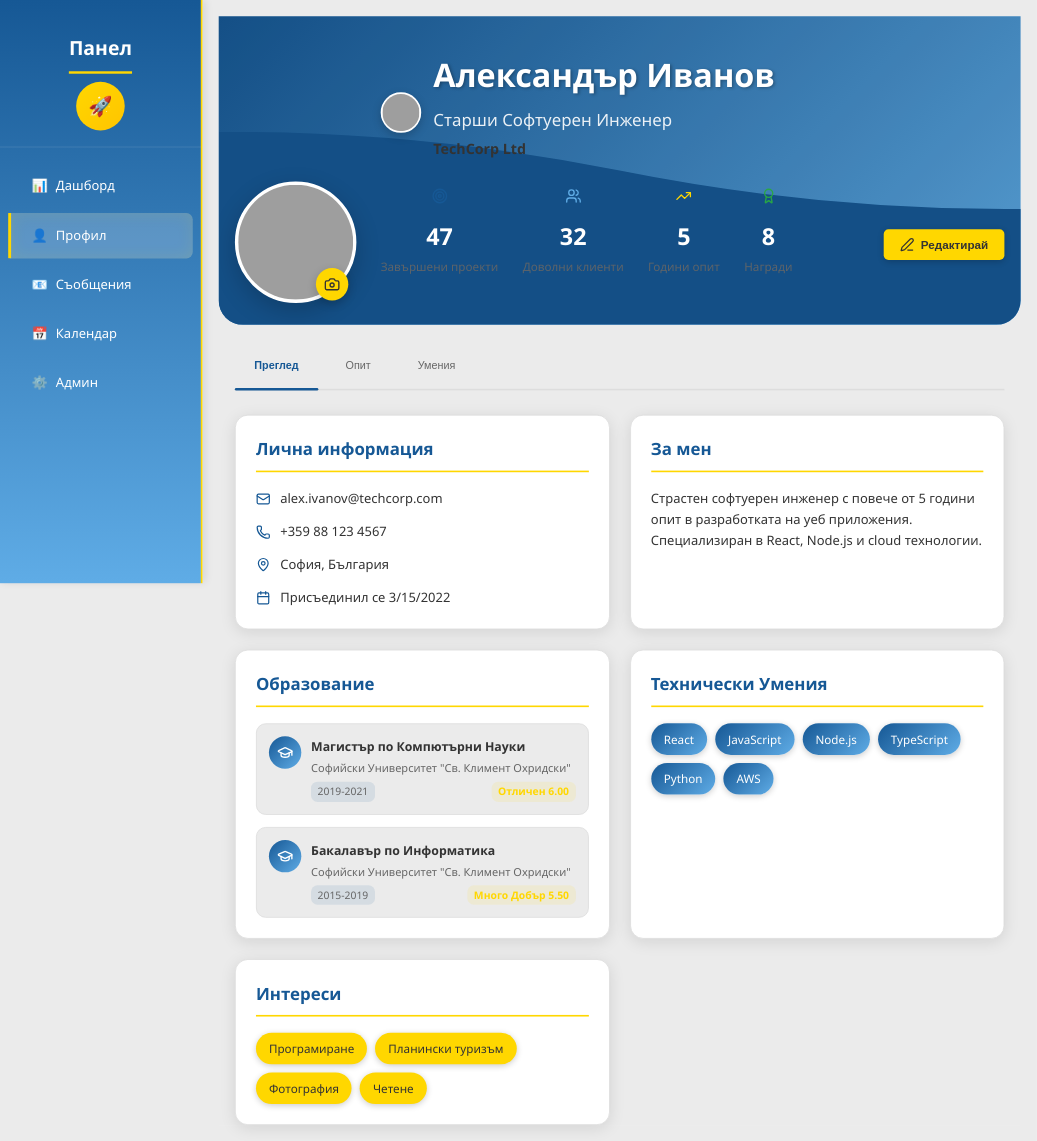
Repository: BorisSavianov/doxa-frontend
Page: /profile
The author's editor kept a copy of each file at every save. The page is drawn from the files as they stood at one save, then again after the next save.
The browser window is 1280 px wide. The pictures show the whole page, at 81% of full size.
Pictures or frames that could not be fetched are drawn as grey boxes. The project was rebuilt for these pictures with package versions that can differ from the ones it lists, and the page was loaded fresh each time. Also part of the build but not shown: vite.config.js, src/components/Layout/Header.jsx, src/components/Charts/SimpleChart.jsx, src/pages/Dashboard.jsx, src/pages/Inbox.css, src/pages/Inbox.jsx, src/pages/Calendar.css, src/pages/Calendar.jsx and 1 more.

Above is the page before, as saved 2025-10-24 13:44:04.

After the next save:
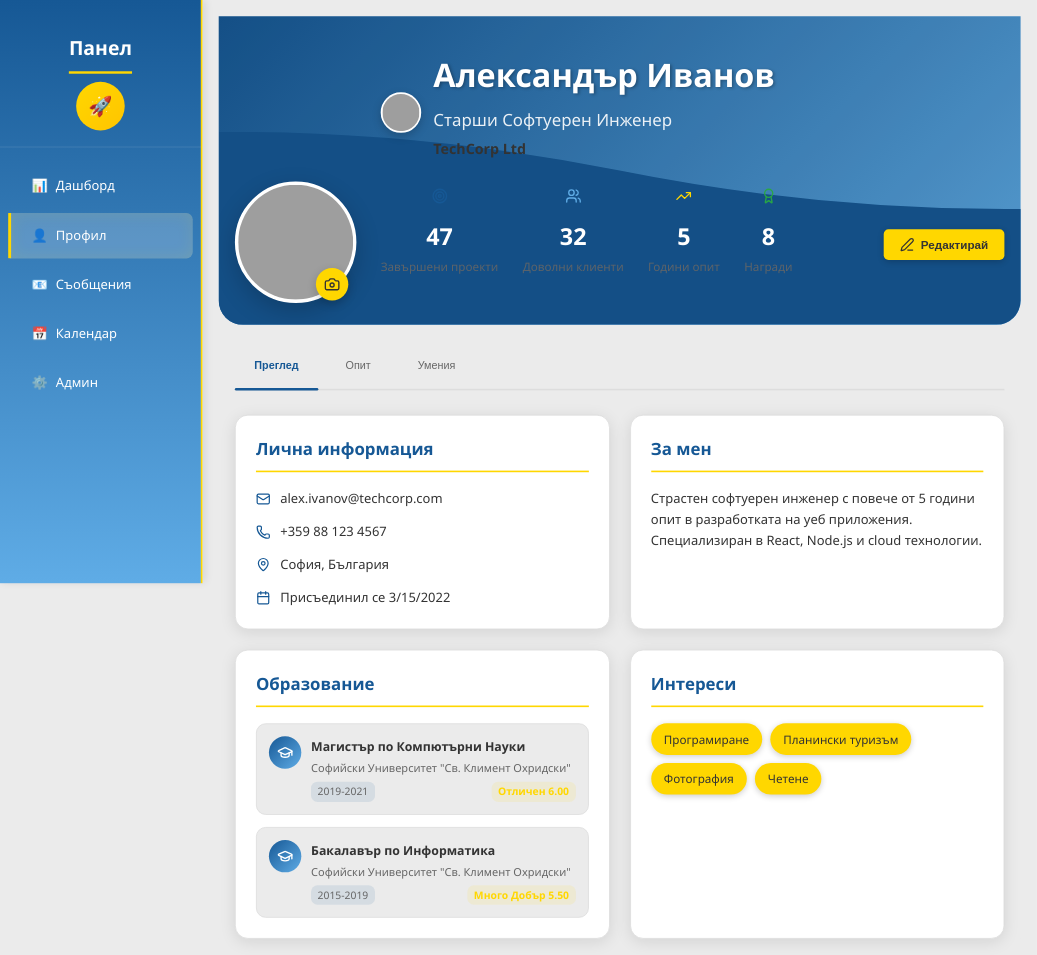
Saved 4 min 11 s later.
--- a/src/pages/Profile.jsx
+++ b/src/pages/Profile.jsx
@@ -301,23 +301,8 @@ const Profile = () => {
                     </div>
                   </div>
 
-                  {/* Skills Card */}
-                  <div className="info-card">
-                    <h3>{t('Технически Умения', 'Technical Skills')}</h3>
-                    <div className="skills-grid">
-                      {profile.skills.map((skill, index) => (
-                        <motion.span
-                          key={skill}
-                          className="skill-tag"
-                          initial={{ scale: 0 }}
-                          animate={{ scale: 1 }}
-                          transition={{ delay: index * 0.1 }}
-                        >
-                          {skill}
-                        </motion.span>
-                      ))}
-                    </div>
-                  </div>
+
+
 
                   {/* Interests Card */}
                   <div className="info-card">
